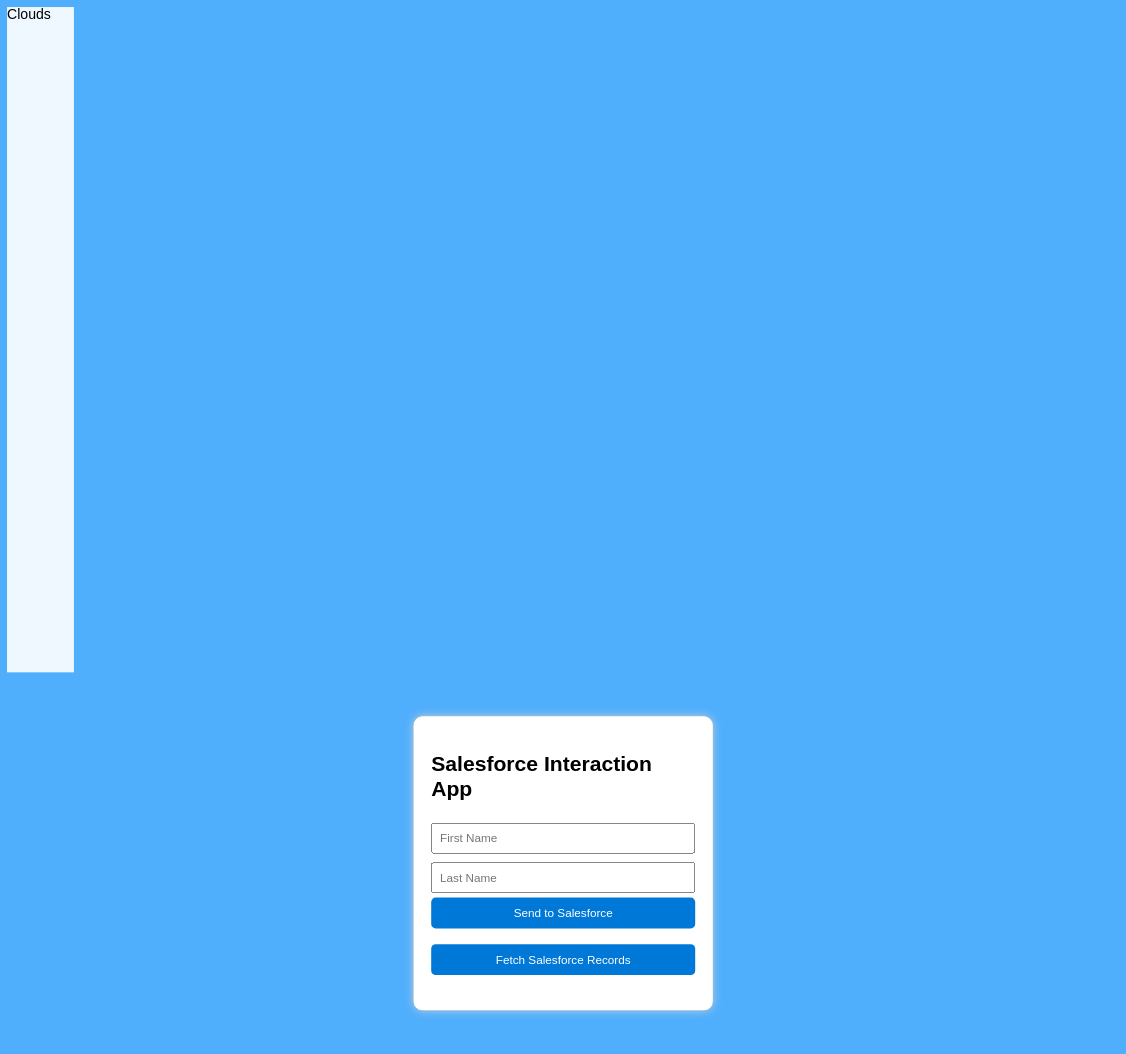
Repository: PamodaW/SalesforceSync
Page: Client/index.html
The author's editor kept a copy of each file at every save. The page is drawn from the files as they stood at one save, then again after the next save.
The browser window is 1280 px wide. The pictures show the whole page, at 88% of full size.

Above is the page before, as saved 2024-11-20 14:44:29.

After the next save:
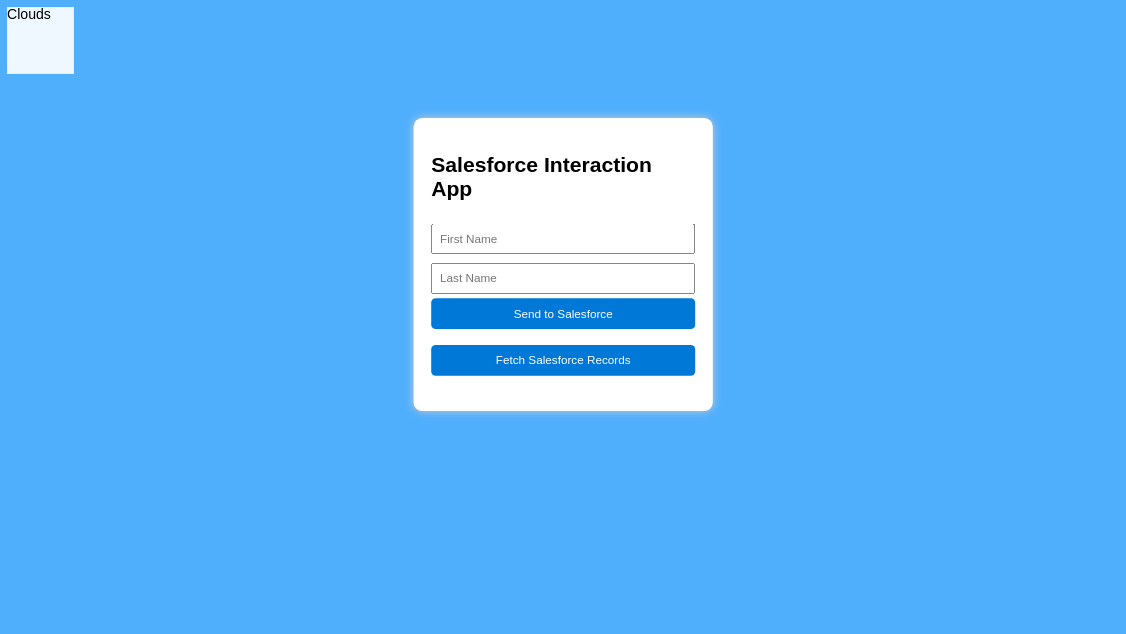
Saved 4 s later.
--- a/Client/style.css
+++ b/Client/style.css
@@ -40,5 +40,5 @@
 .Clouds{
     background-color: aliceblue;
     width: 2cm;
-    height: 20cm;
+    height: 2cm;
 }
